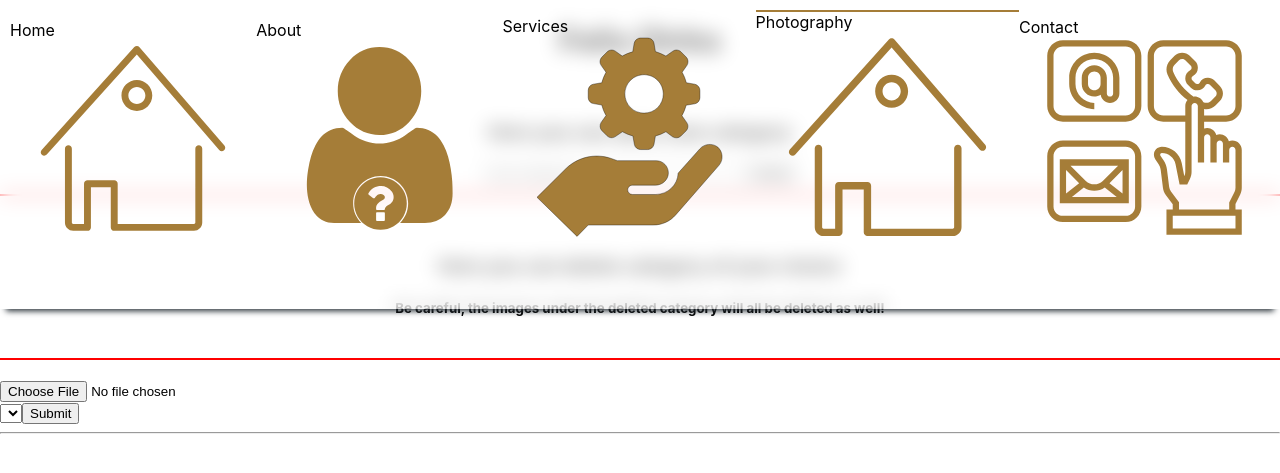
Repository: muhanad-musawi/backend-projekt-frondend
Page: /Photography (app in pohtographer/)
An editor plug-in stored every save of this project. The page is shown before and after a run of saves, followed by the edit.
The browser window is 1280 px wide. The pictures show the whole page.
The page's requests for data from a server got no answer. The project was rebuilt for these pictures with package versions that can differ from the ones it lists, and the page was loaded fresh each time. The framework's server and built-in components were replaced by stand-ins that run in the browser. No one was signed in, and anything a server would have sent is missing. Also part of the build but not shown: pohtographer/next.config.js, pohtographer/styles/Footer.module.css.

Above is the page before, as saved 2022-03-24 09:51:39.

After the next 11 saves:
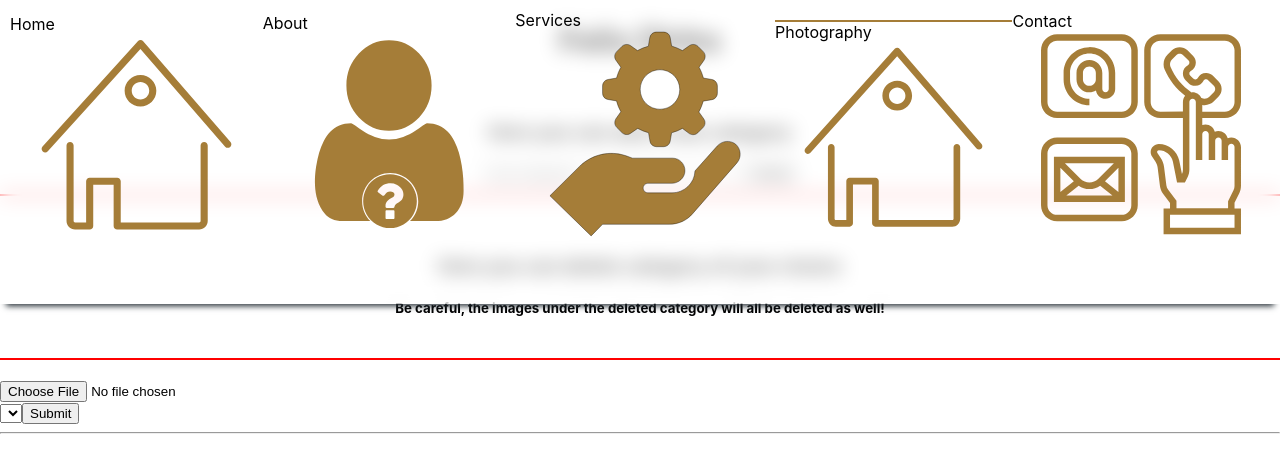
The 11 saves are shown as one change because they came seconds apart.
The last was saved 2 min 4 s later.
--- a/pohtographer/components/Header.jsx
+++ b/pohtographer/components/Header.jsx
@@ -53,7 +53,7 @@ function Header() {
 
         <Link href="/Photography">
           <a className={router.pathname == "/Photography" ? styles.active  : ""}>
-          <span className='desktopVersion'>Photography</span>
+          <span className={styles.desktopVersion}>Photography</span>
         <span className='mobileVersion'>
 
         <Image src={home} alt="home" />
